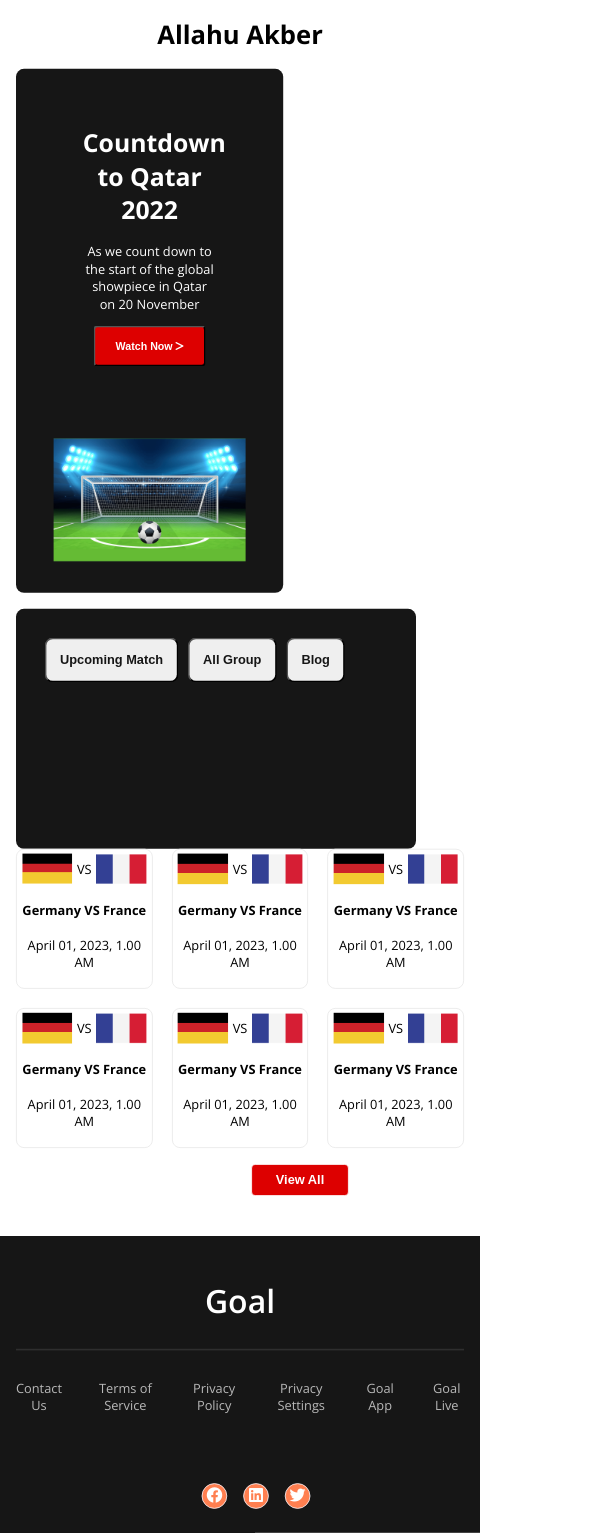
Repository: zjria/Qatar-world-cup
Page: match.html
The author's editor kept a copy of each file at every save. The page is drawn from the files as they stood at one save, then again after the next save.
The browser window is 600 px wide. The page is 750 px wide, so the pictures cover 750 px, including what lies to the right of the window. The pictures show the whole page, at 80% of full size.

Above is the page before, as saved 2022-09-10 18:06:12.

### match.html
<!DOCTYPE html>
<html lang="en">

<head>
    <meta charset="UTF-8">
    <meta http-equiv="X-UA-Compatible" content="IE=edge">
    <meta name="viewport" content="width=device-width, initial-scale=1.0">
    <title>QATAR WORLD CUP</title>
    <!-- Font Awesome CDN Link -->
    <link rel="stylesheet" href="https://cdnjs.cloudflare.com/ajax/libs/font-awesome/6.2.0/css/all.min.css"
        integrity="sha512-xh6O/CkQoPOWDdYTDqeRdPCVd1SpvCA9XXcUnZS2FmJNp1coAFzvtCN9BmamE+4aHK8yyUHUSCcJHgXloTyT2A=="
        crossorigin="anonymous" referrerpolicy="no-referrer" />
    <!-- Font Awesome CDN Link -->
    <link rel="stylesheet" href="https://cdnjs.cloudflare.com/ajax/libs/font-awesome/6.2.0/css/all.min.css"
        integrity="sha512-xh6O/CkQoPOWDdYTDqeRdPCVd1SpvCA9XXcUnZS2FmJNp1coAFzvtCN9BmamE+4aHK8yyUHUSCcJHgXloTyT2A=="
        crossorigin="anonymous" referrerpolicy="no-referrer" />
    <!-- Custom CSS -->
    <link rel="stylesheet" href="style.css">

</head>

<body>
    <h1 style="text-align:center;">Allahu Akber</h1>


    <!-- Header Section -->
    <header class="header-container">

        <div class="header-text">
            <h1>Countdown to Qatar 2022</h1>
            <p>As we count down to the start of the global showpiece in Qatar on 20 November</p>
            <button>Watch Now <i class="fa-solid fa-greater-than"></i> </button>
        </div>

        <div class="header-img">
            <marquee behavior="alternate" scrollamount="0" direction="">
                <marquee behavior="alternate" scrollamount="0" direction="">
                    <img src="images/Ball.png" class="ball" alt="">
                </marquee>

            </marquee>

        </div>


    </header>


    <!-- Nav Section start HTML -->
    <div class="nav-container">
        <nav class="nav-section">
            <div class="all-button">
                <button><a href="#">Upcoming Match</a></button>
                <button><a href="#">All Group</a></button>
                <button><a href="#">Blog</a></button>
            </div>
        </nav>

        <!-- Main Section Start HTML  -->
        <main class="main-section">

            <div class="transfer">
                <div class="match-vs">
                    <img id="img-style" src="images/germany Flag.png" alt=""> <span>VS</span>
                    <img id="img-style" src="images/Flag.png" alt="">
                </div>
                <div class="match-text">
                    <h4>Germany VS France </h4>
                    <p>April 01, 2023, 1.00 AM</p>
                </div>
            </div>
            <div class="transfer">
                <div class="match-vs">
                    <img id="img-style" src="images/germany Flag.png" alt=""> <span>VS</span>
                    <img id="img-style" src="images/Flag.png" alt="">
                </div>
                <div class="match-text">
                    <h4>Germany VS France </h4>
                    <p>April 01, 2023, 1.00 AM</p>
                </div>
            </div>
            <div class="transfer">
                <div class="match-vs">
                    <img id="img-style" src="images/germany Flag.png" alt=""> <span>VS</span>
                    <img id="img-style" src="images/Flag.png" alt="">
                </div>
                <div class="match-text">
                    <h4>Germany VS France </h4>
                    <p>April 01, 2023, 1.00 AM</p>
                </div>
            </div>
            <div class="transfer">
                <div class="match-vs">
                    <img id="img-style" src="images/germany Flag.png" alt=""> <span>VS</span>
                    <img id="img-style" src="images/Flag.png" alt="">
                </div>
                <div class="match-text">
                    <h4>Germany VS France </h4>
                    <p>April 01, 2023, 1.00 AM</p>
                </div>
            </div>
            <div class="transfer">
                <div class="match-vs">
                    <img id="img-style" src="images/germany Flag.png" alt=""> <span>VS</span>
                    <img id="img-style" src="images/Flag.png" alt="">
                </div>
                <div class="match-text">
                    <h4>Germany VS France </h4>
                    <p>April 01, 2023, 1.00 AM</p>
                </div>
            </div>
            <div class="transfer">
                <div class="match-vs">
                    <img id="img-style" src="images/germany Flag.png" alt=""> <span>VS</span>
                    <img id="img-style" src="images/Flag.png" alt="">
                </div>
                <div class="match-text">
                    <h4>Germany VS France </h4>
                    <p>April 01, 2023, 1.00 AM</p>
                </div>
            </div>

        </main>
    </div>

    <!-- Only Table -->
    <div class="view-all">
        <Button>View All</Button>
    </div>

    <!-- Footer Section start -->
    <div class="footer-container">
        <div class="footer">
            <h2>Goal</h2>
            <hr>
            <div class="footer-text">
                <ul>
                    <li>Contact Us</li>
                    <li>Terms of Service</li>
                    <li>Privacy Policy</li>
                    <li>Privacy Settings</li>
                    <li>Goal App</li>
                    <li>Goal Live</li>
                </ul>
            </div>
        </div>
        <!-- Social Icons start -->
        <div class="social-icons">
            <ul>
                <li><a href="https://web.facebook.com/profile.php?id=100010388645936"><i
                            class="fa-brands fa-facebook"></i></a></li>
                <li><a href="https://www.linkedin.com/in/web-developer-zj/"><i class="fa-brands fa-linkedin"></i></a>
                </li>
                <li><a href="https://twitter.com/webdeveloper_zj"><i class="fa-brands fa-twitter"></i></a></li>
            </ul>
        </div>
    </div>
</body>

</html>

### style.css
/* Google Fonts Link */
@import url('https://fonts.googleapis.com/css2?family=Open+Sans:wght@300;400;500;600;700&family=Poppins:wght@500&family=Roboto:wght@100;300;400;500;700;900&display=swap');

body {
    font-family: 'Open Sans', sans-serif;
    margin: 0%;
    padding: 0%;
    background-color: white;
}

/* Header Section */

.header-container {
    display: flex;
    border-radius: 10px;
    margin-bottom: 130px;
    margin: 20px;
    background: #161616;
}

.header-container .header-text {
    color: #FFFFFF;
    padding: 50px;
    width: 50%;

}

.header-container .header-text h1 {
    font-size: 42px;
    bottom: 20px;
}

.header-container .header-text p {
    font-size: 16px;
}

.header-container .header-text button {
    background: #DD0000;
    border-radius: 5px;
    padding: 16px 25px;
    color: white;
    font-weight: 700;
}

.header-img {
    background: url(images/goal-bar.png);
    background-repeat: no-repeat;
    background-position: center;
    background-size: 90%;
    width: 50%;
}

.header-img .ball {
    justify-content: center;
    align-items: center;
    margin: 0 auto;
    display: flex;
    margin-top: 54%;
}

.header-img img {
    width: 10%;
}

.ball {
    transition: transform 0.3s ease-out;
}

.header-img:hover .ball {
    transform: rotate(90deg);
    transform: translate(280px, -50%);
    padding-top: -60px;
    transform: scale(0.5) translate(-100%, -100%) rotate(0.5turn);

}


/* Nav Section Start */

.nav-container {
    display: flex;
    margin: 20px;
    flex-direction: column;
}

.nav-section {
    background: #161616;
    border-radius: 10px;
    margin-right: 24px;
    width: 500px;
    height: 300px;
}

.all-button {
    display: flex;
    flex-direction: column;
    margin: 30px 30px 0px 30px;
}

.all-button button {
    padding: 17px;
    margin-bottom: 20px;
    border-radius: 10px;
    font-weight: 700;
    font-size: 16px;
}

.all-button button a {
    text-decoration: none;
    color: #161616;
}

.all-button button:hover {
    background-color: #DD0000;
    color: white;
}

/* Main Section */
.main-section {
    display: grid;
    grid-template-columns: repeat(3, 1fr);
    grid-column-gap: 24px;
    grid-row-gap: 24px;
}

.transfer {
    border: 1px solid #E8E8E8;
    border-radius: 10px;
    padding: 5px;
}

.transfer .match-vs {
    display: flex;
    justify-content: center;
    align-items: center;
    text-align: center;
}

.transfer .match-text {
    justify-content: center;
    align-items: center;
    text-align: center;
}

.transfer span {
    padding: 0 5px;
}

.button-text {
    padding: 20px;
}

.button-text button {
    padding: 5px 20px;
    border: 1px solid;
    border-radius: 5px;
    font-size: 16px;
    background-color: white;
}

.button-text p {
    font-size: 18px;
    font-weight: 600;
}

.match-vs #img-style {
    width: 40%;
}

.transfer img {
    width: 100%;
}

.container .nav-section {
    width: 312px;
}

.icons {
    display: flex;
    color: rgba(22, 22, 22, 0.7);
    font-size: 16px;
}

.icons p {
    margin-right: 40px;
}

/* Only Table */
.view-all {
    display: flex;
    justify-content: center;
    margin: 0 auto;
    margin-right: -25%;
}

.view-all button {
    padding: 10px 30px;
    border: 1px solid;
    border-radius: 5px;
    font-size: 16px;
    color: white;
    background-color: #DD0000;
    font-weight: 700;
}



/* Footer Container style start */
.footer-container {
    width: 100%;
    background: #161616;
    margin-top: 50px;
}

.footer hr {
    border: 1px solid rgba(255, 255, 255, 0.1);

}

.footer {
    text-align: center;
    justify-content: center;
    align-items: center;
    margin: 0 auto;
    padding: 20px 0px;
}

.footer hr {
    margin: 0px 20px;
}

.footer-container h2 {
    color: #FFFFFF;
    font-weight: 600;
    font-size: 40px;

}

.footer-container .footer-text {
    color: #FFFFFF;
    text-align: center;
    justify-content: center;
    align-items: center;

}

.footer-container .footer-text ul {
    display: flex;
    text-align: center;
    justify-content: center;
    align-items: center;
    /* margin: 0px 20px; */
    padding: 0px;
}

.footer-container .footer-text ul li {
    text-decoration: none;
    list-style: none;
    margin: 20px 20px;
    color: #B9B9B9;
    font-size: 16px;
}

/* Social Icons style start */
.social-icons {
    color: white;
    font-size: 20px;
    margin: 0 auto;
    text-align: center;
    justify-content: center;
    align-items: center;
    display: flex;
}

.social-icons ul {
    display: flex;
}

.social-icons ul li {
    background-color: coral;
    border-radius: 50%;
    width: 30px;
    height: 30px;
    border: 1px solid ghostwhite;
    list-style: none;
    margin: 10px;

}

.social-icons ul li a {
    color: white;
}

/* Media Query styles */
@media only screen and (max-width: 688px) {
    .header-container .header-text h1 {
        font-size: 31px;
        bottom: 20px;
    }

    .header-container {
        /* display: flex; */
        /* margin: 20px; */
        /* background: #161616; */
        flex-direction: column;
        text-align: center;
        align-items: center;
        width: 334px;
    }

    .header-img .ball {
        justify-content: center;
        align-items: center;
        margin: 0 auto;
        display: flex;
        margin-top: 31%;
    }

    .header-img {
        /* background: url(images/goal-bar.png); */
        /* background-repeat: no-repeat; */
        /* background-position: center; */
        background-size: 80%;
        width: 90%;
        padding: 50px 0px;
    }

    .all-button {
        display: flex;
        flex-direction: row;
        margin: 30px 30px 0px 30px;
    }

    .all-button button {
        padding: 17px;
        margin: 6px;
        border-radius: 10px;
        font-weight: 700;
        font-size: 16px;
    }
}

After the next save:
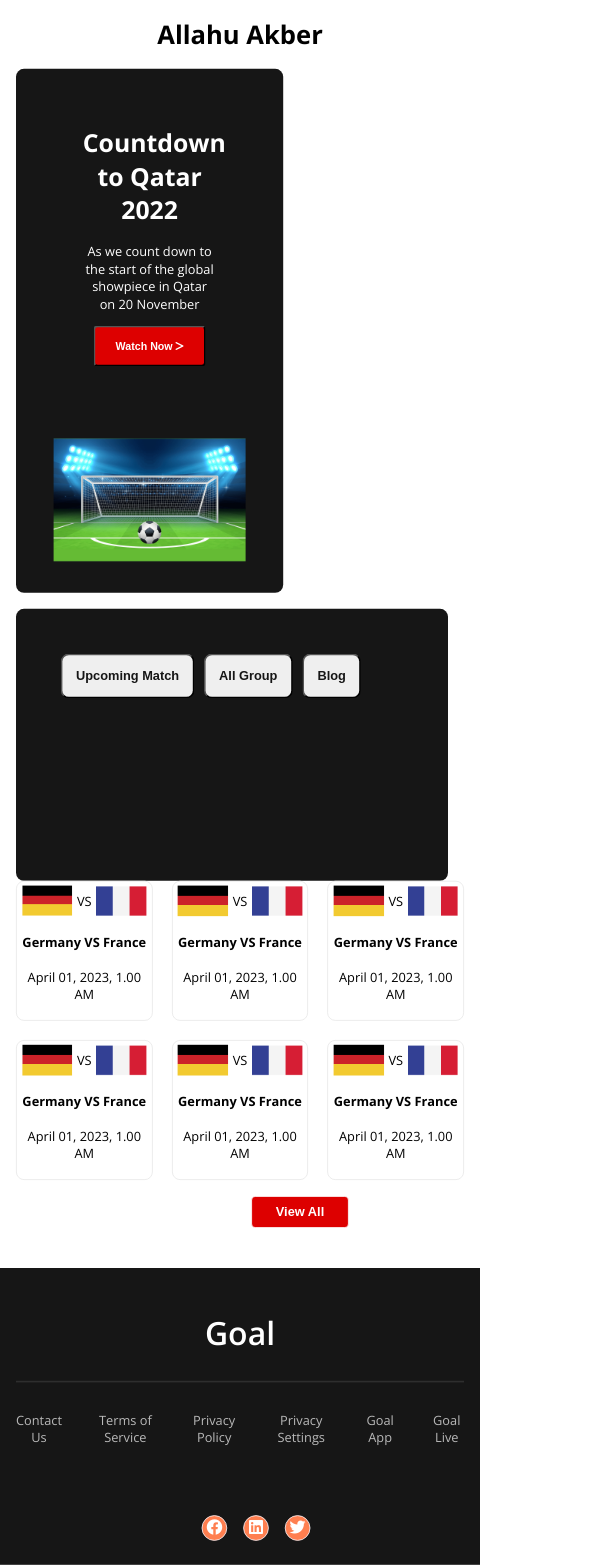
Saved 97 s later.
--- a/style.css
+++ b/style.css
@@ -338,4 +338,13 @@
         font-weight: 700;
         font-size: 16px;
     }
-}
+
+    .nav-section {
+        background: #161616;
+        border-radius: 10px;
+        margin-right: 45px;
+        /* width: 500px; */
+        /* height: 300px; */
+        padding: 20px;
+    }
+}
